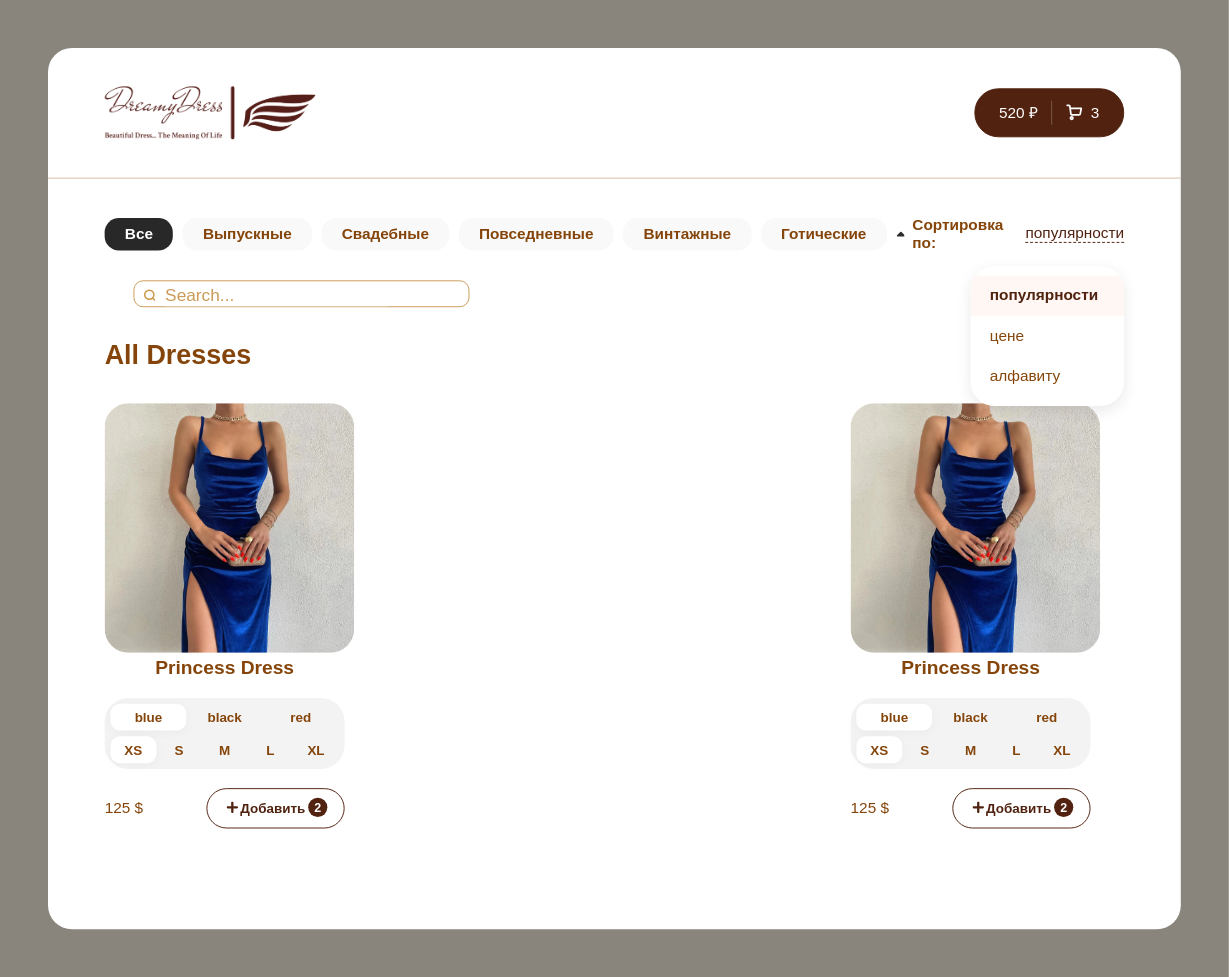
Repository: DisasterWoman/SPA-shop
Page: /
These files come from the project's save history. The page is drawn as it stood at one moment and after the next save; the edit follows.
The browser window is 1280 px wide. The pictures show the whole page, at 96% of full size.
Some web fonts or font styles are not loaded; a fallback is used. The project was rebuilt for these pictures with package versions that can differ from the ones it lists, and the page was loaded fresh each time.

Above is the page before, as saved 2022-11-29 18:06:40.

After the next save:
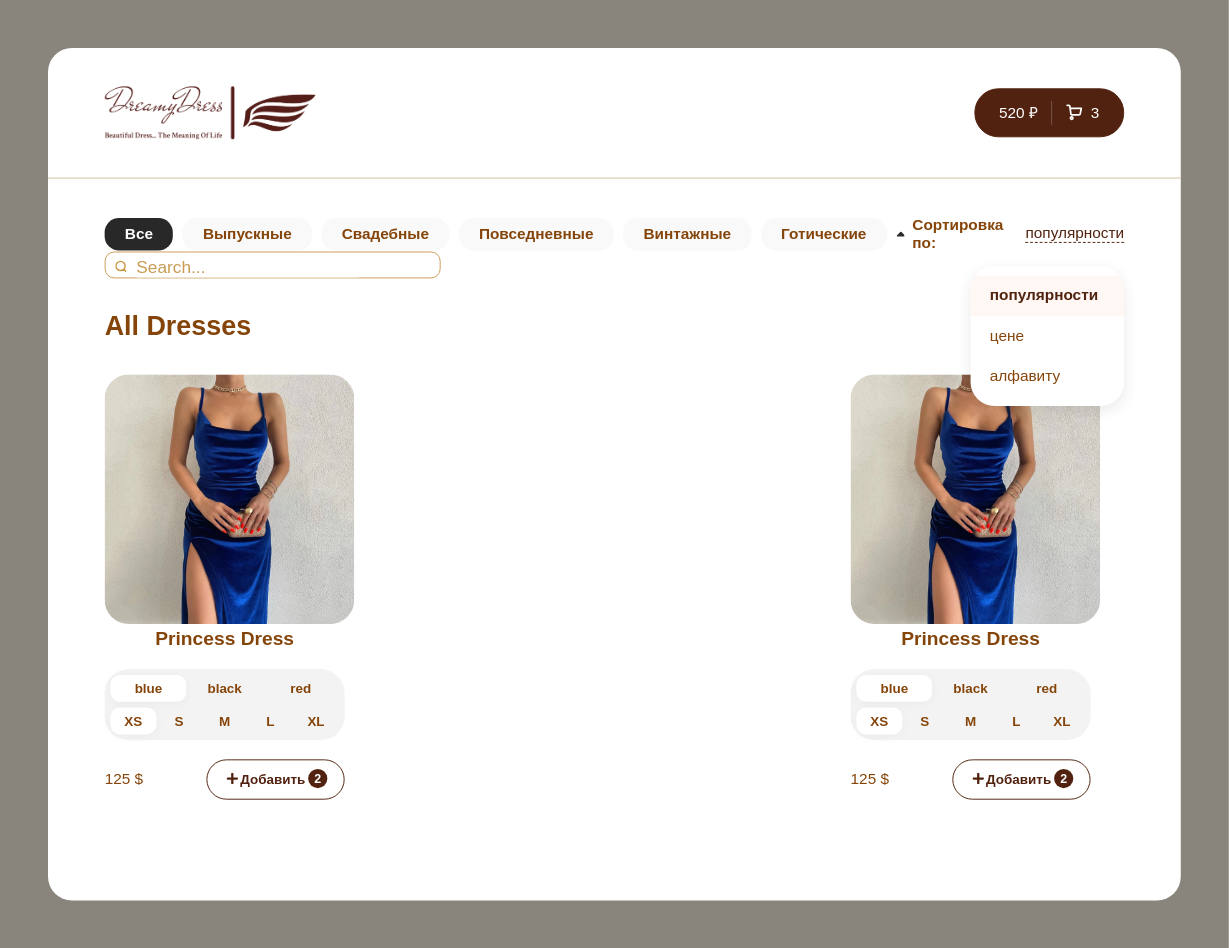
Saved 5 s later.
--- a/src/components/SearchBar/_searchBar.scss
+++ b/src/components/SearchBar/_searchBar.scss
@@ -1,8 +1,8 @@
 @import '../../../src/scss/variables';
 
 .search-bar{
- width: 350px;
-  margin: 30px;
+   width: 350px;
+  //margin: 30px;
   border: 1px solid #CA9B55;
   border-radius: 10px;
   padding: 0 10px;
